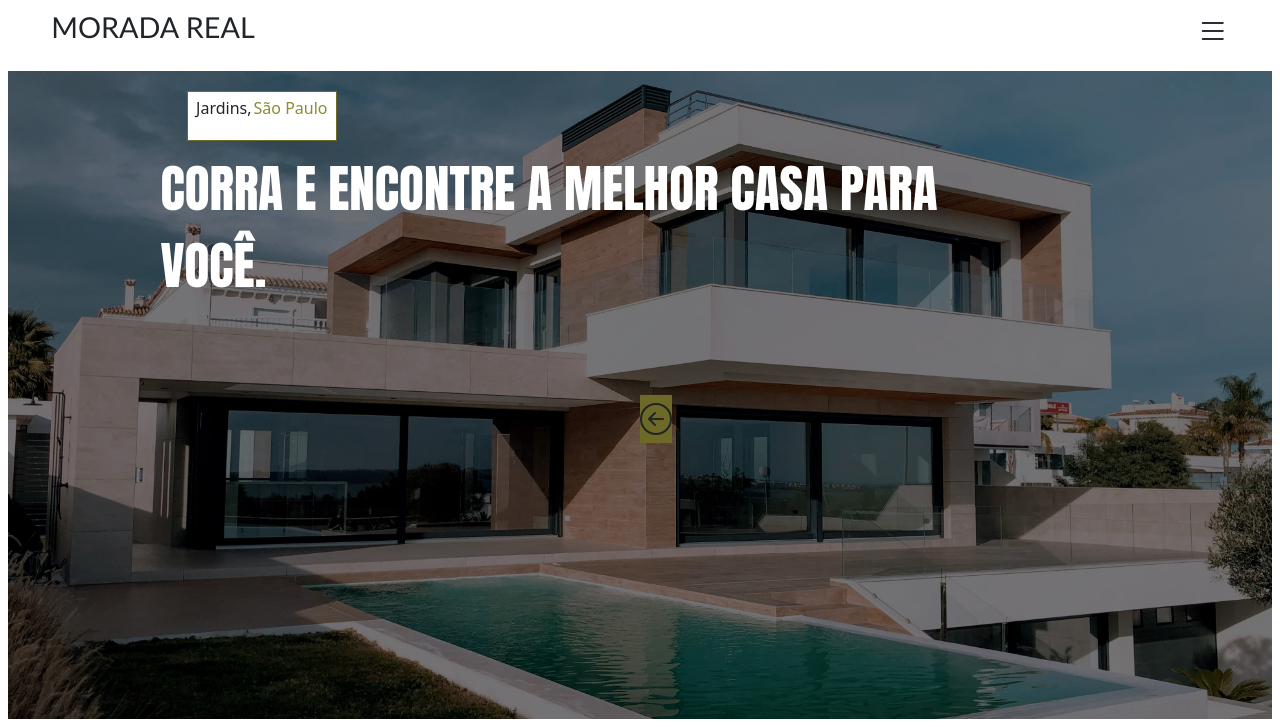
Repository: Mattyns/moradareal
Page: index.html
An editor plug-in stored every save of this project. The page is shown before and after the next save, followed by the edit.
The browser window is 1280 px wide. The pictures show the whole page.

Above is the page before, as saved 2025-07-11 18:36:26.

### index.html
<!DOCTYPE html>
<html lang="pt-br">
    <head>
        <meta charset="UTF-8" />
        <meta name="viewport" content="width=device-width, initial-scale=1.0" />
        <title>Morada Real</title>
        <link
            rel="stylesheet"
            href="https://cdnjs.cloudflare.com/ajax/libs/animate.css/4.1.1/animate.min.css"
        />
        <link
            href="https://cdn.jsdelivr.net/npm/bootstrap@5/dist/css/bootstrap.min.css"
            rel="stylesheet"
            integrity="sha384-QWTKZyjpPEjISv5WaRU9OFeRpok6YctnYmDr5pNlyT2bRjXh0JMhjY6hW+ALEwIH"
            crossorigin="anonymous"
        />
        <link
            rel="stylesheet"
            href="https://cdn.jsdelivr.net/npm/bootstrap-icons@1.11.3/font/bootstrap-icons.min.css"
        />
        <link rel="stylesheet" href="style/style.css" />
    </head>
    <body>
        <header class="header__container">

            <h1 class="logo__text">MORADA REAL</h1> <i class="bi-list menu__list"></i>
        </header>

        <main>
            <section class="contrast">

                <div class="contrast__container">
                    <div class="local local__sp">
                        <div class="local__text">
                            <p>Jardins,</p> <p class="local__text--contrast"> São Paulo</p>
                        </div>
                        <p class="text__message">CORRA E ENCONTRE A MELHOR CASA PARA VOCÊ.</p>
                    </div>
                    <div class="local local__rs">
                        <div class="local__text">
                            <p>Bela Vista,</p> <p class="local__text--contrast"> Rio Grande do Sul</p>
                        </div>
                        <p class="text__message">O LAR DOS SEUS SONHOS PODE ESTAR A UM CLIQUE DE DISTÂNCIA.</p>
                    </div>
                    <div class="local local__rj">
                        <div class="local__text">
                            <p>Leblon,</p> <p class="local__text--contrast"> Rio de Janeiro</p>
                        </div>
                        <p class="text__message">NÃO PERCA TEMPO! SUA NOVA HISTÓRIA COMEÇA AQUI.</p>
                    </div>

                </div>

                <i class="img__button bi-arrow-left-circle" id="img__button--left"></i>
                <i class="img__button bi-arrow-right-circle" id="img__button--right"></i>

            </section>


        </main>

        <script src="script/carousel.js"></script>
    </body>
</html>

### style/style.css
@charset "UTF-8";

:root {
    --preto:black;
    --branco:white;
    --cor1:#D3CC4C;
    --cor2:#B1AB40;
    --cor3:#DCD650;
    --cor4:#8F8A33;
    --cor5:#6D6927;
    --cor6:#4B481B;
    --cor7:#f0eca5;
    --cor8:white;

}

* {
    margin: 0px;
    padding: 0px;
    box-sizing: border-box;
}

.header__container {
    display: flex;
    height: 20%;
    width: 100%;
    background-color: var(--branco);
    align-items: center;
    padding-top: 10px;
    padding-bottom: 10px;
}

.logo__text {
    margin-left: 4%;
    font-size: 180%;
    font-family: 'Trebuchet MS', 'Lucida Sans Unicode', 'Lucida Grande', 'Lucida Sans', Arial, sans-serif;
}

.menu__list {
    font-size: 2em;
    position: absolute;
    right: 4%;
}

.contrast {
    height: 90vh;
    margin: 8px;

    overflow: hidden;
    max-width: 100%;
    position: relative;


}

.contrast__container {

    display: flex;
  transition: transform 0.3s ease;
  will-change: transform;
  touch-action: pan-y;
}

.local {
    height: 90vh;
    background-size: cover;
    background-position: right;
     flex: 0 0 100%;
    box-sizing: border-box;
    padding: 20px; /* opcional */
}

.local__sp {
    background-image: url(../img/webaliser.jpg);

}

.local__rs {
    background-image: url(../img/brian.jpg);

}

.local__rj {
    background-image: url(../img/zoe.jpg);

}

.local__text {
    display: flex;
    background-color: var(--branco);
    width: fit-content;
    padding: 4px 0px;
    padding-left: 8px;
    padding-right: 8px;
    top: 20%;
    margin-left:13%;
    border: 1px solid var(--cor5);

}

.local__text--contrast {
    color: var(--cor4);
    margin-left: 2px;
}

.text__message {
    top: 26%;
    width: 68%;
    margin-left: 10%;
    font-size:320%;
    font-family:Impact, Haettenschweiler, 'Arial Narrow Bold', sans-serif;
    color:var(--cor8) ;
    padding: 10px;
    border-radius: 10px;
}

.img__button {
    font-size: 2em;
    position:absolute;
    background-color: var(--cor5);


}

#img__button--left {
    left: 50%;
    top: 50%;
}

### script/carousel.js
const container = document.querySelector('.contrast__container');
const slides = document.querySelectorAll('.local');

let isDragging = false;
let startPos = 0;
let currentTranslate = 0;
let prevTranslate = 0;
let animationID;
let currentIndex = 0;

slides.forEach((slide, index) => {
  slide.addEventListener('touchstart', touchStart(index));
  slide.addEventListener('touchend', touchEnd);
  slide.addEventListener('touchmove', touchMove);

  slide.addEventListener('mousedown', touchStart(index));
  slide.addEventListener('mouseup', touchEnd);
  slide.addEventListener('mouseleave', touchEnd);
  slide.addEventListener('mousemove', touchMove);
});

function touchStart(index) {
  return function (event) {
    currentIndex = index;
    startPos = getPositionX(event);
    isDragging = true;

    animationID = requestAnimationFrame(animation);
  };
}

function touchMove(event) {
  if (!isDragging) return;
  const currentPosition = getPositionX(event);
  currentTranslate = prevTranslate + currentPosition - startPos;
}

function touchEnd() {
  cancelAnimationFrame(animationID);
  isDragging = false;

  const movedBy = currentTranslate - prevTranslate;

  if (movedBy < -100 && currentIndex < slides.length - 1) currentIndex++;
  if (movedBy > 100 && currentIndex > 0) currentIndex--;

  setPositionByIndex();
}

function getPositionX(event) {
  return event.type.includes('mouse') ? event.pageX : event.touches[0].clientX;
}

function animation() {
  setSliderPosition();
  if (isDragging) requestAnimationFrame(animation);
}

function setSliderPosition() {
  container.style.transform = `translateX(${currentTranslate}px)`;
}

function setPositionByIndex() {
  currentTranslate = currentIndex * -container.offsetWidth;
  prevTranslate = currentTranslate;
  setSliderPosition();
}

After the next save:
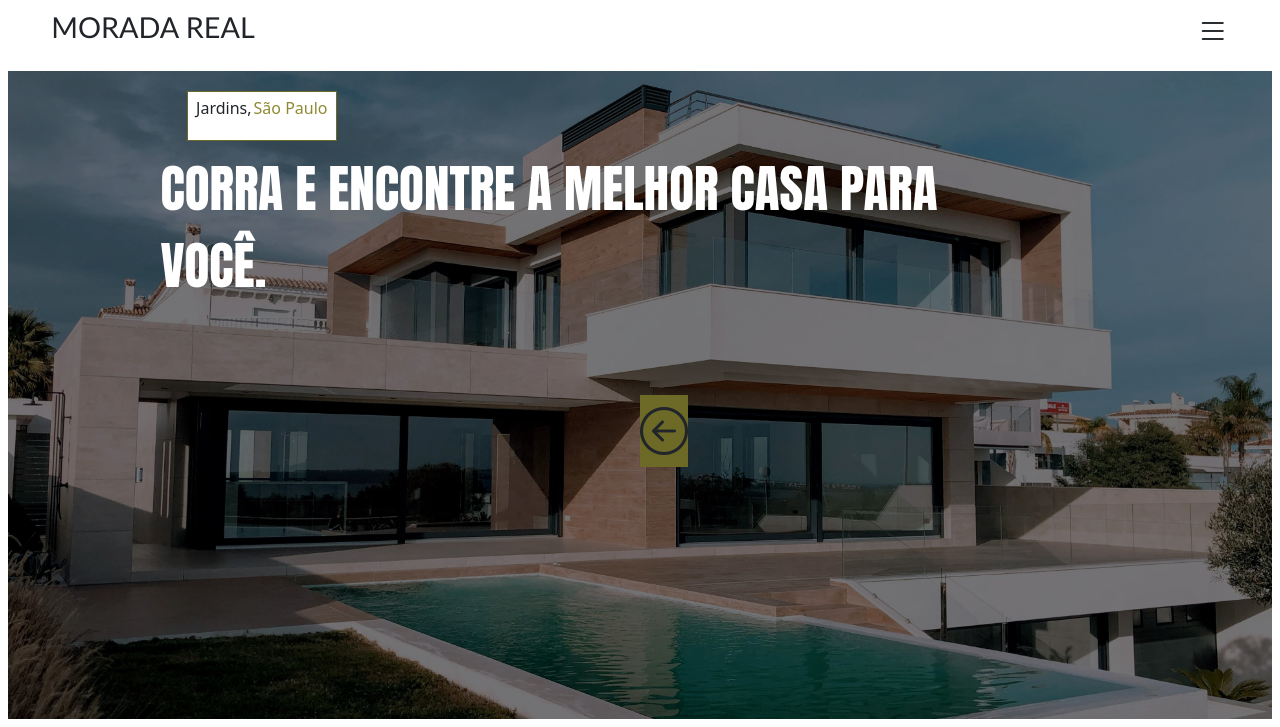
Saved 6 s later.
--- a/style/style.css
+++ b/style/style.css
@@ -115,7 +115,7 @@
 }
 
 .img__button {
-    font-size: 2em;
+    font-size: 3em;
     position:absolute;
     background-color: var(--cor5);
 
